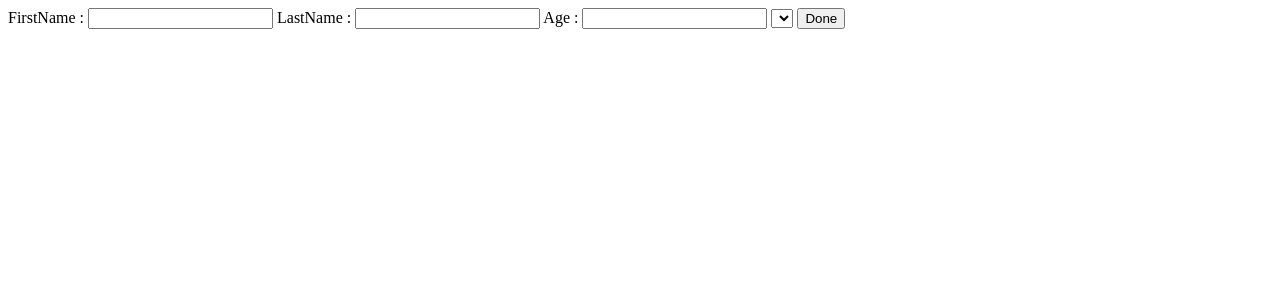
Repository: rahmi45/Spring-MVC
Page: http://localhost/Spring-MVC/studentMvcTags/accountMvcTags
An editor plug-in stored every save of this project. The page is shown before and after a run of saves, followed by the edit.
The browser window is 1280 px wide. The pictures show the whole page.
The page is served by Tomcat 9. Other server files are loaded and not shown.

Above is the page before, as saved 2022-01-14 18:50:09.

### Spring-MVC/WebContent/WEB-INF/view/student-front-mvc-tags/studentAccount.jsp
<%@ page language="java" contentType="text/html; charset=ISO-8859-1"
    pageEncoding="ISO-8859-1"%>
	<%@ taglib prefix="f" uri="http://www.springframework.org/tags/form" %>
<!DOCTYPE html>
<html>
<head>
<meta charset="ISO-8859-1">
<title>Student Account</title>
</head>
<body>
	<f:form action="processMvcTags" modelAttribute="student">
		FirstName : <f:input path="firstName"/>
		LastName  : <f:input path="lastName"/>
		Age       : <f:input path="age"/>
		<f:select path="country">
			<option value="Maroc">
			<option value="France">
			<option value="Tunisie">
		</f:select>
		<input type="submit" value="Done"/>
	</f:form>
</body>
</html>

After the next 3 saves:
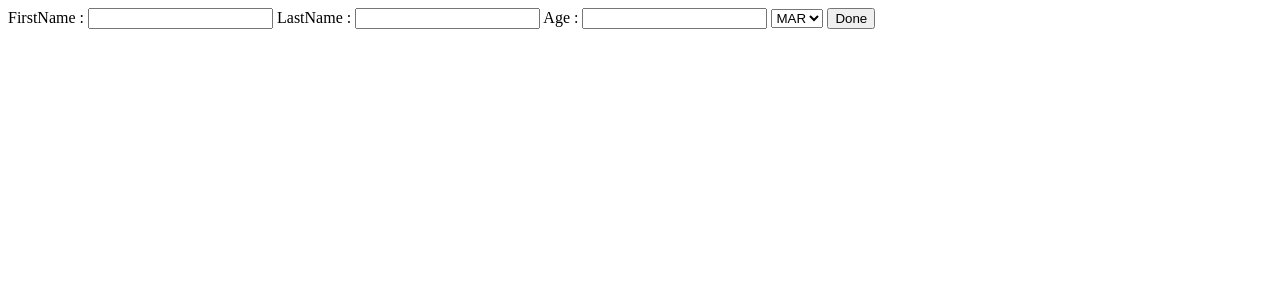
The 3 saves are shown as one change because 2 did not build or start.
The last was saved 89 s later.
--- a/Spring-MVC/WebContent/WEB-INF/view/student-front-mvc-tags/studentAccount.jsp
+++ b/Spring-MVC/WebContent/WEB-INF/view/student-front-mvc-tags/studentAccount.jsp
@@ -13,9 +13,9 @@
 		LastName  : <f:input path="lastName"/>
 		Age       : <f:input path="age"/>
 		<f:select path="country">
-			<option value="Maroc">
-			<option value="France">
-			<option value="Tunisie">
+			<f:option value="Maroc" label="MAR"/>
+			<f:option value="France" label="FRA"/>
+			<f:option value="Tunisie" label="TUN"/>
 		</f:select>
 		<input type="submit" value="Done"/>
 	</f:form>
